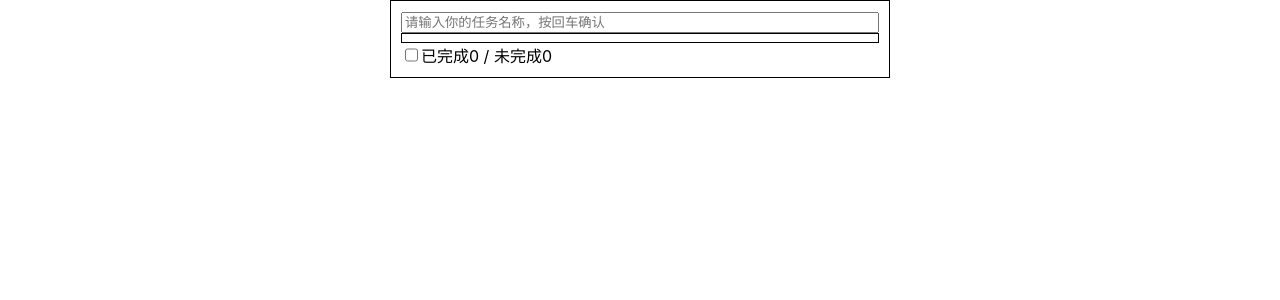
Repository: Gaays/React-todo-list
Page: /
An editor plug-in stored every save of this project. The page is shown before and after the next save, followed by the edit.
The browser window is 1280 px wide. The pictures show the whole page.
The project was rebuilt for these pictures with package versions that can differ from the ones it lists, and the page was loaded fresh each time. Also part of the build but not shown: src/components/TodoItem/index.css, src/components/TodoItem/index.jsx.

Above is the page before, as saved 2022-10-17 20:57:33.

After the next save:
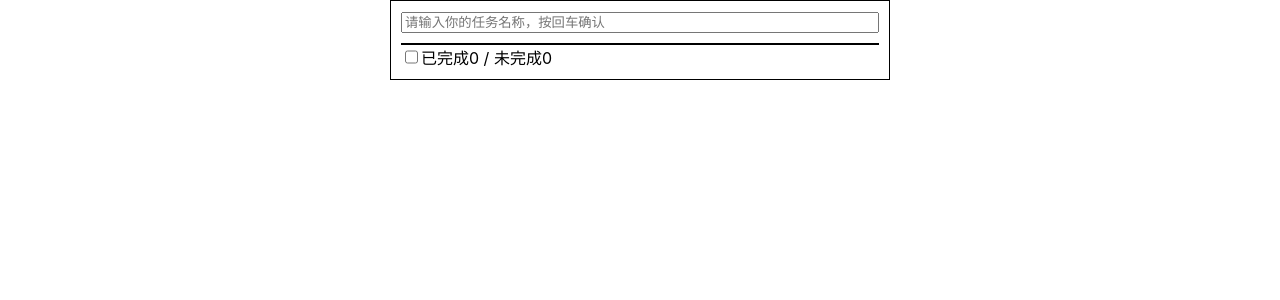
Saved 14 s later.
--- a/src/components/Todo/index.scss
+++ b/src/components/Todo/index.scss
@@ -6,11 +6,11 @@
 
   .todo-input {
     width: 100%;
+    margin-bottom: 10px;
   }
 
   .todo-list {
     border: 1px solid #000;
-    min-height: 10px
   }
 
   .state-box {
